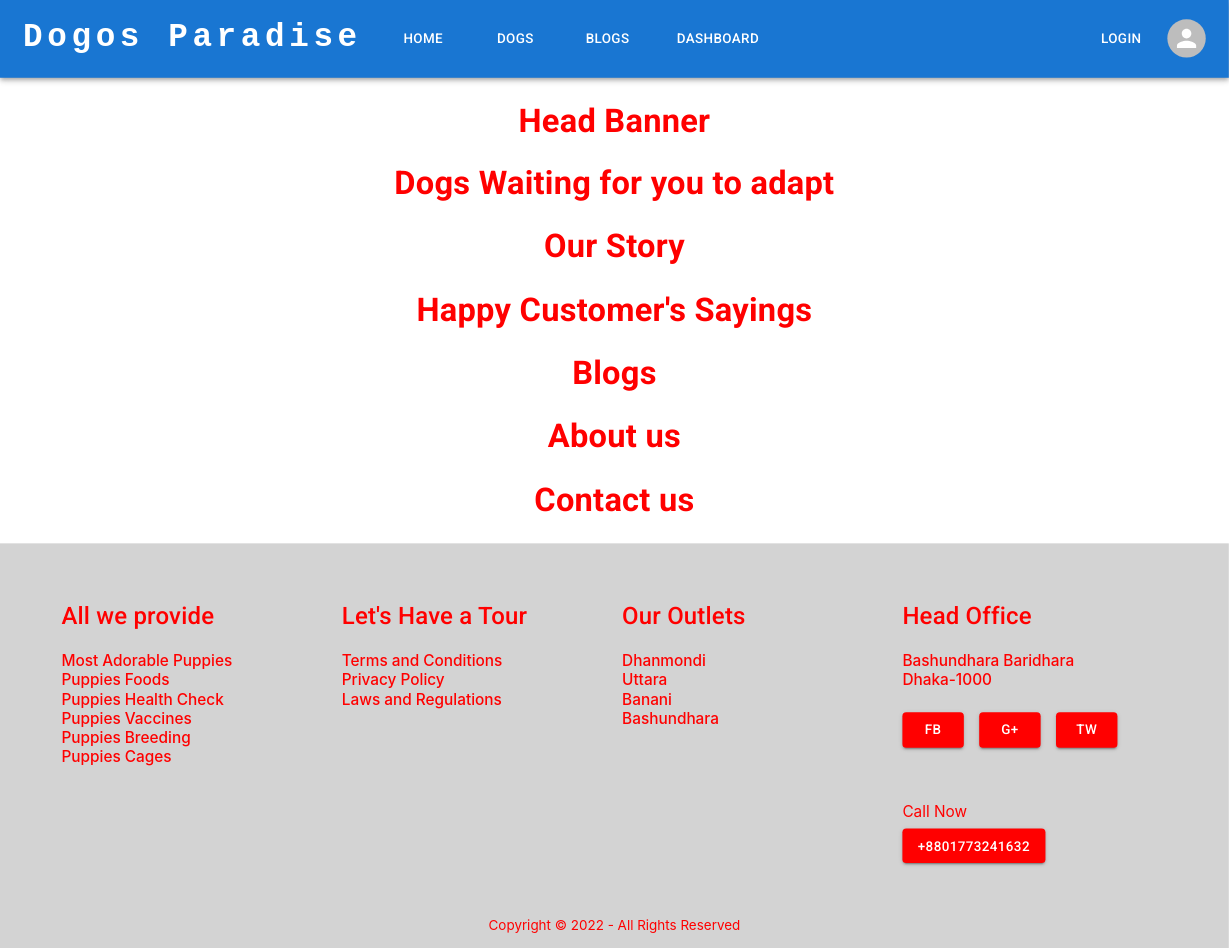
Repository: Sharif-00112/dogos-paradise-client
Page: /
An editor plug-in stored every save of this project. The page is shown before and after the next save, followed by the edit.
The browser window is 1280 px wide. The pictures show the whole page, at 96% of full size.
The project was rebuilt for these pictures with package versions that can differ from the ones it lists, and the page was loaded fresh each time. Also part of the build but not shown: src/Pages/Login/Login/Login.js, src/Pages/Login/Register/Register.js, src/Pages/NotFound/NotFound.js.

Above is the page before, as saved 2022-12-01 22:53:41.

### public/index.html
<!DOCTYPE html>
<html lang="en">
  <head>
    <meta charset="utf-8" />
    <link rel="icon" href="%PUBLIC_URL%/favicon.ico" />
    <meta name="viewport" content="width=device-width, initial-scale=1" />
    <meta name="theme-color" content="#000000" />
    <meta
      name="description"
      content="Web site created using create-react-app"
    />
    <link
      rel="stylesheet" href="https://fonts.googleapis.com/css?family=Roboto:300,400,500,700&display=swap"
    />

    <link rel="apple-touch-icon" href="%PUBLIC_URL%/logo192.png" />
    <!--
      manifest.json provides metadata used when your web app is installed on a
      user's mobile device or desktop. See https://developers.google.com/web/fundamentals/web-app-manifest/
    -->
    <link rel="manifest" href="%PUBLIC_URL%/manifest.json" />
    <!--
      Notice the use of %PUBLIC_URL% in the tags above.
      It will be replaced with the URL of the `public` folder during the build.
      Only files inside the `public` folder can be referenced from the HTML.

      Unlike "/favicon.ico" or "favicon.ico", "%PUBLIC_URL%/favicon.ico" will
      work correctly both with client-side routing and a non-root public URL.
      Learn how to configure a non-root public URL by running `npm run build`.
    -->
    <title>React App</title>
  </head>
  <body>
    <noscript>You need to enable JavaScript to run this app.</noscript>
    <div id="root"></div>
    <!--
      This HTML file is a template.
      If you open it directly in the browser, you will see an empty page.

      You can add webfonts, meta tags, or analytics to this file.
      The build step will place the bundled scripts into the <body> tag.

      To begin the development, run `npm start` or `yarn start`.
      To create a production bundle, use `npm run build` or `yarn build`.
    -->
  </body>
</html>

### src/App.js
import React  from 'react';
import './App.css';
import { BrowserRouter as Router, Route, Routes} from 'react-router-dom';
import Home from './Pages/Home/Home/Home';
import Login from './Pages/Login/Login/Login';
import Register from './Pages/Login/Register/Register';
import AuthProvider from './contexts/AuthProvider/AuthProvider';
// import PrivateRoute from './Pages/Login/PrivateRoute/PrivateRoute';
import NotFound from './Pages/NotFound/NotFound';
import Contact from './Pages/Home/Contact/Contact';
import Story from './Pages/Home/Story/Story';
import CustomerReviews from './Pages/Home/CustomerReviews/CustomerReviews';
import Blogs from './Pages/Home/Blogs/Blogs';
import About from './Pages/Home/About/About';
import Dogs from './Pages/Home/Dogs/Dogs';
// import Footer from './Pages/Shared/Footer/Footer';
// import Dashboard from './Pages/Dashboard/Dashboard/Dashboard';

function App() {
  return (
    <div className="App">
      <AuthProvider>
        <Router>
          <Routes>
            <Route exact path = '/' element={<Home/>}/>
            <Route exact path = '/home' element={<Home/>}/>
            <Route exact path = '/login' element={<Login/>}/>
            <Route exact path = '/register' element={<Register/>}/>
            <Route exact path = '/contact' element={<Contact/>}/>
            <Route exact path = '/dogs' element={<Dogs/>}/>
            <Route exact path = '/story' element={<Story/>}/>
            <Route exact path = '/reviews' element={<CustomerReviews/>}/>
            <Route exact path = '/blogs' element={<Blogs/>}/>
            <Route exact path = '/about' element={<About/>}/>
            {/* <Route exact path = '/appointment' element = {
              <PrivateRoute>
                <Appointment></Appointment>
              </PrivateRoute>
            }> </Route> */}
            {/* <Route path = 'dashboard/*' element = {
              <PrivateRoute>
                <Dashboard></Dashboard>
              </PrivateRoute>
            }> </Route> */}
            <Route path = '*' element={<NotFound/>}/>
          </Routes>
          {/* <Footer></Footer> */}
        </Router>
      </AuthProvider>
    </div>
  );
}

export default App;

### src/Pages/Home/Home/Home.js
import React from 'react';
import Footer from '../../Shared/Footer/Footer';
import Navigation from '../../Shared/Navigation/Navigation';
import About from '../About/About';
import Banner from '../Banner/Banner';
import Blogs from '../Blogs/Blogs';
import Contact from '../Contact/Contact';
import CustomerReviews from '../CustomerReviews/CustomerReviews';
import Dogs from '../Dogs/Dogs';
import Story from '../Story/Story';

const Home = () => {
    return (
        <div>
            <Navigation></Navigation>
            <Banner></Banner>
            <Dogs></Dogs>
            <Story></Story>
            <CustomerReviews></CustomerReviews>
            <Blogs></Blogs>
            <About></About>
            <Contact></Contact>
            <Footer></Footer>
        </div>
    );
};

export default Home;

### src/contexts/AuthProvider/AuthProvider.js
import React from 'react';
import { createContext } from 'react';
import useFirebase from '../../hooks/useFirebase';

//step-1-context
export const AuthContext = createContext();

const AuthProvider = (props) => {
    //step-3-context
    const {children} = props;

    //step-5-context
    const allContexts = useFirebase();

    return (
        //step-2-context
        <AuthContext.Provider value={allContexts}>
            {children}
        </AuthContext.Provider>
    );
};

export default AuthProvider;

### src/Pages/Home/Contact/Contact.js
import React from 'react';
import { Typography } from '@mui/material';

const Contact = () => {
    return (
        <div>
            <Typography sx={{ m: 3, color: 'red', fontWeight: 600 }} variant="h4" component="div">
                Contact us
            </Typography>
        </div>
    );
};

export default Contact;

### src/Pages/Home/Story/Story.js
import React from 'react';
import { Typography } from '@mui/material';


const Story = () => {
    return (
        <div>
            <Typography sx={{ m: 3, color: 'red', fontWeight: 600 }} variant="h4" component="div">
                Our Story
            </Typography>
        </div>
    );
};

export default Story;

### src/Pages/Home/CustomerReviews/CustomerReviews.js
import React from 'react';
import { Typography } from '@mui/material';


const CustomerReviews = () => {
    return (
        <div>
            <Typography sx={{ m: 3, color: 'red', fontWeight: 600 }} variant="h4" component="div">
                Happy Customer's Sayings
            </Typography>
        </div>
    );
};

export default CustomerReviews;

### src/Pages/Home/Blogs/Blogs.js
import React from 'react';
import { Typography } from '@mui/material';


const Blogs = () => {
    return (
        <div>
            <Typography sx={{ m: 3, color: 'red', fontWeight: 600 }} variant="h4" component="div">
                Blogs
            </Typography>
        </div>
    );
};

export default Blogs;

### src/Pages/Home/About/About.js
import React from 'react';
import { Typography } from '@mui/material';

const About = () => {
    return (
        <div>
            <Typography sx={{ m: 3, color: 'red', fontWeight: 600 }} variant="h4" component="div">
                About us
            </Typography>
        </div>
    );
};

export default About;

### src/Pages/Home/Dogs/Dogs.js
import React from 'react';
import { Typography } from '@mui/material';

const Dogs = () => {
    return (
        <div>
            <Typography sx={{ m: 3, color: 'red', fontWeight: 600 }} variant="h4" component="div">
                Dogs Waiting for you to adapt
            </Typography>
        </div>
    );
};

export default Dogs;

### src/Pages/Shared/Navigation/Navigation.js
import React from 'react';
import AppBar from '@mui/material/AppBar';
import Box from '@mui/material/Box';
import Toolbar from '@mui/material/Toolbar';
import IconButton from '@mui/material/IconButton';
import Typography from '@mui/material/Typography';
import Menu from '@mui/material/Menu';
import MenuIcon from '@mui/icons-material/Menu';
import Container from '@mui/material/Container';
import Avatar from '@mui/material/Avatar';
import Button from '@mui/material/Button';
import Tooltip from '@mui/material/Tooltip';
import MenuItem from '@mui/material/MenuItem';
import { Link, NavLink } from 'react-router-dom';
import useAuth from '../../../hooks/useAuth';

const pages = [
    <Link
        style={{ textDecoration:'none', color:'white' }}
        to = '/home'>
        <Button sx={{mx:1}} color="inherit">Home</Button>
    </Link>,
    <Link
        style={{ textDecoration:'none', color:'white' }}
        to = '/dogs'>
        <Button sx={{mx:1}} color="inherit">Dogs</Button>
    </Link>,
    <Link
        style={{ textDecoration:'none', color:'white' }}
        to = '/blogs'>
        <Button sx={{mx:1}} color="inherit">Blogs</Button>
    </Link>,
    // <Link
    //     style={{ textDecoration:'none', color:'white' }}
    //     to = '/about'>
    //     <Button sx={{mx:1}} color="inherit">About</Button>
    // </Link>,
    // <Link
    //     style={{ textDecoration:'none', color:'white' }}
    //     to = '/contact'>
    //     <Button sx={{mx:1}} color="inherit">Contact</Button>
    // </Link>,
    <Link
        style={{ textDecoration:'none', color:'white' }}
        to = '/dashboard'>
        <Button sx={{mx:1}} color="inherit">Dashboard</Button>
    </Link>,
];
const settings = [
    <Link
        // style={{ textDecoration:'none', color:'white' }}
        style={{ textDecoration:'none' }}
        to = '/login'>
        {/* <Button color="inherit">Appointment</Button> */}
        Profile
    </Link>,
    <Link
        // style={{ textDecoration:'none', color:'white' }}
        style={{ textDecoration:'none' }}
        to = '/dashboard'>
        {/* <Button color="inherit">Appointment</Button> */}
        Dashboard
    </Link>
];

const Navigation = () => {
    const { user, logout } = useAuth();

    const [anchorElNav, setAnchorElNav] = React.useState(null);
    const [anchorElUser, setAnchorElUser] = React.useState(null);

    const handleOpenNavMenu = (event) => {
      setAnchorElNav(event.currentTarget);
    };
    const handleOpenUserMenu = (event) => {
      setAnchorElUser(event.currentTarget);
    };

    const handleCloseNavMenu = () => {
      setAnchorElNav(null);
    };

    const handleCloseUserMenu = () => {
      setAnchorElUser(null);
    };

    return (
        <div>
            <AppBar position="static">
                <Container maxWidth="xl">
                    <Toolbar disableGutters>
                    {/* <AdbIcon sx={{ display: { xs: 'none', md: 'flex' }, mr: 1 }} /> */}
                    <Typography
                        variant="h4"
                        noWrap
                        component="a"
                        href="/"
                        sx={{
                        mr: 2,
                        display: { xs: 'none', md: 'flex' },
                        fontFamily: 'monospace',
                        fontWeight: 700,
                        letterSpacing: '.3rem',
                        color: 'inherit',
                        textDecoration: 'none',
                        }}
                    >
                        Dogos Paradise
                    </Typography>

                    <Box sx={{ flexGrow: 1, display: { xs: 'flex', md: 'none' } }}>
                        <IconButton
                        size="large"
                        aria-label="account of current user"
                        aria-controls="menu-appbar"
                        aria-haspopup="true"
                        onClick={handleOpenNavMenu}
                        color="inherit"
                        >
                        <MenuIcon />
                        </IconButton>
                        <Menu
                        id="menu-appbar"
                        anchorEl={anchorElNav}
                        anchorOrigin={{
                            vertical: 'bottom',
                            horizontal: 'left',
                        }}
                        keepMounted
                        transformOrigin={{
                            vertical: 'top',
                            horizontal: 'left',
                        }}
                        open={Boolean(anchorElNav)}
                        onClose={handleCloseNavMenu}
                        sx={{
                            display: { xs: 'block', md: 'none' }
                        }}
                        >
                        {pages.map((page) => (
                            <MenuItem style={{backgroundColor: 'gray'}} key={page} onClick={handleCloseNavMenu}>
                            <Typography textAlign="center">{page}</Typography>
                            </MenuItem>
                        ))}
                        </Menu>
                    </Box>
                    {/* <AdbIcon sx={{ display: { xs: 'flex', md: 'none' }, mr: 1 }} /> */}
                    <Typography
                        variant="h4"
                        noWrap
                        component="a"s
                        href="/"
                        sx={{
                        mr: 2,
                        display: { xs: 'flex', md: 'none' },
                        flexGrow: 1,
                        fontFamily: 'monospace',
                        fontWeight: 700,
                        letterSpacing: '.3rem',
                        color: 'inherit',
                        textDecoration: 'none',
                        }}
                    >
                        Dogos Paradise
                    </Typography>
                    <Box sx={{ flexGrow: 1, display: { xs: 'none', md: 'flex', color:'gray' } }}>
                        {pages.map((page) => (
                        <Button
                            key={page}
                            onClick={handleCloseNavMenu}
                            sx={{ my: 2, color: 'white', display: 'block' }}
                        >
                            {page}
                        </Button>
                        ))}
                    </Box>

                    {
                        user?.email ?
                        <NavLink
                            style={{ textDecoration:'none', color:'white' }}
                            to = '/login'>
                            <Button sx={{ mx:2 }} onClick={logout} color="inherit">Logout</Button>
                        </NavLink>
                        :
                        <NavLink
                            style={{ textDecoration:'none', color:'white' }}
                            to = '/login'>
                            <Button sx={{ mx:2 }} color="inherit">Login</Button>
                        </NavLink>
                    }

                    <Box sx={{ flexGrow: 0 }}>
                        <Tooltip title={user.email}>
                        <IconButton onClick={handleOpenUserMenu} sx={{ p: 0 }}>
                            <Avatar alt={user.email} src={user.photoURL} />
                        </IconButton>
                        </Tooltip>
                        <Menu
                        sx={{ mt: '45px' }}
                        id="menu-appbar"
                        anchorEl={anchorElUser}
                        anchorOrigin={{
                            vertical: 'top',
                            horizontal: 'right',
                        }}
                        keepMounted
                        transformOrigin={{
                            vertical: 'top',
                            horizontal: 'right',
                        }}
                        open={Boolean(anchorElUser)}
                        onClose={handleCloseUserMenu}
                        >
                        {settings.map((setting) => (
                            <MenuItem key={setting} onClick={handleCloseUserMenu}>
                            <Typography textAlign="center">{setting}</Typography>
                            </MenuItem>
                        ))}
                        </Menu>
                    </Box>
                    </Toolbar>
                </Container>
            </AppBar>
        </div>
    );
};

export default Navigation;

### src/Pages/Home/Banner/Banner.js
import React from 'react';
import { Typography } from '@mui/material';

const Banner = () => {
    return (
        <div>
            <Typography sx={{ m: 3, color: 'red', fontWeight: 600 }} variant="h4" component="div">
                Head Banner
            </Typography>
        </div>
    );
};

export default Banner;

### src/hooks/useAuth.js
//step-6-context

import { useContext } from "react"
import { AuthContext } from "../../src/contexts/AuthProvider/AuthProvider"

const useAuth = () =>{
    return useContext(AuthContext);
}

export default useAuth;

### src/Pages/Login/Firebase/firebase.initialize.js
import { initializeApp } from "firebase/app";
import firebaseConfig from "./firebase.config";

const initializeAuthentication = () =>{
    initializeApp(firebaseConfig);
}

export default initializeAuthentication;

### src/Pages/Login/Firebase/firebase.config.js
// console.log(process.env);

const firebaseConfig = {
  apiKey: process.env.REACT_APP_FIREBASE_API_KEY,
  authDomain: process.env.REACT_APP_FIREBASE_AUTH_DOMAIN,
  projectId: process.env.REACT_APP_FIREBASE_PROJECT_ID,
  storageBucket: process.env.REACT_APP_FIREBASE_STORAGE_BUCKET,
  messagingSenderId: process.env.REACT_APP_FIREBASE_MESSAGING_SENDER_ID,
  appId: process.env.REACT_APP_FIREBASE_APP_ID,
  measurementId: process.env.REACT_APP_FIREBASE_MEASUREMENT_ID
};

export default firebaseConfig;

// .env.local
// REACT_APP_FIREBASE_API_KEY=AIzaSyCGaQ8G2l5KeOKX4bAJ7MC19oWW_2vnTNQ
// REACT_APP_FIREBASE_AUTH_DOMAIN=dogos-paradise.firebaseapp.com
// REACT_APP_FIREBASE_PROJECT_ID=dogos-paradise
// REACT_APP_FIREBASE_STORAGE_BUCKET=dogos-paradise.appspot.com
// REACT_APP_FIREBASE_MESSAGING_SENDER_ID=824394057307
// REACT_APP_FIREBASE_APP_ID=1:824394057307:web:727ac0c86627b9544a617e
// REACT_APP_FIREBASE_MEASUREMENT_ID=G-DL8JJ6MYSD

// const firebaseConfig = {
  // apiKey: "AIzaSyCGaQ8G2l5KeOKX4bAJ7MC19oWW_2vnTNQ",
  // authDomain: "dogos-paradise.firebaseapp.com",
  // projectId: "dogos-paradise",
  // storageBucket: "dogos-paradise.appspot.com",
  // messagingSenderId: "824394057307",
  // appId: "1:824394057307:web:727ac0c86627b9544a617e",
  // measurementId: "G-DL8JJ6MYSD"
// };

Loaded but not shown: src/index.js (common file); src/index.css (common file); src/reportWebVitals.js (common file); src/App.css (common file); src/hooks/useFirebase.js (273 lines, source omitted); src/Pages/Shared/Footer/Footer.js (150 lines, source omitted)

After the next save:
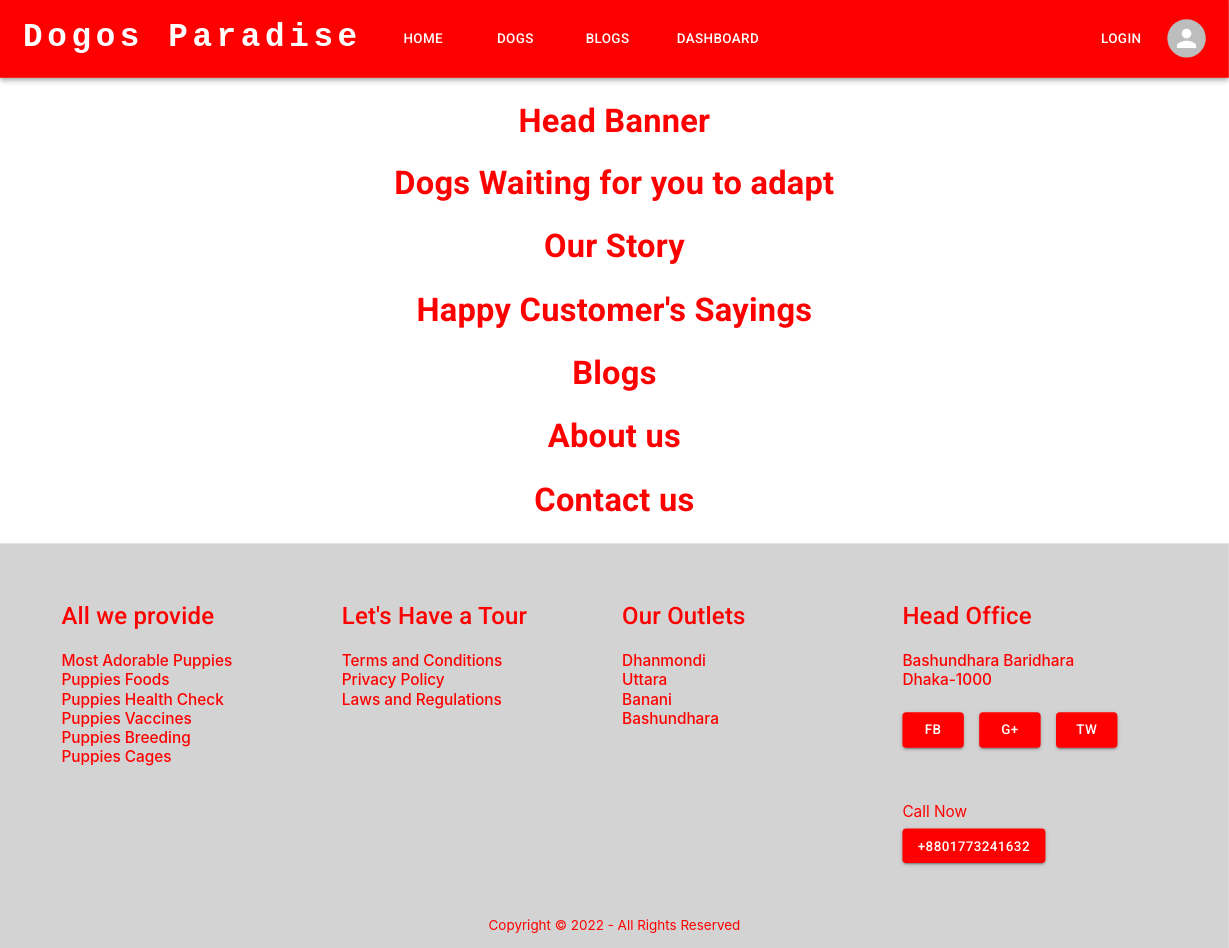
Saved 2 min 58 s later.
--- a/src/Pages/Shared/Navigation/Navigation.js
+++ b/src/Pages/Shared/Navigation/Navigation.js
@@ -86,7 +86,7 @@
 
     return (
         <div>
-            <AppBar position="static">
+            <AppBar style={{backgroundColor: 'red'}} position="static">
                 <Container maxWidth="xl">
                     <Toolbar disableGutters>
                     {/* <AdbIcon sx={{ display: { xs: 'none', md: 'flex' }, mr: 1 }} /> */}

After the save that followed:
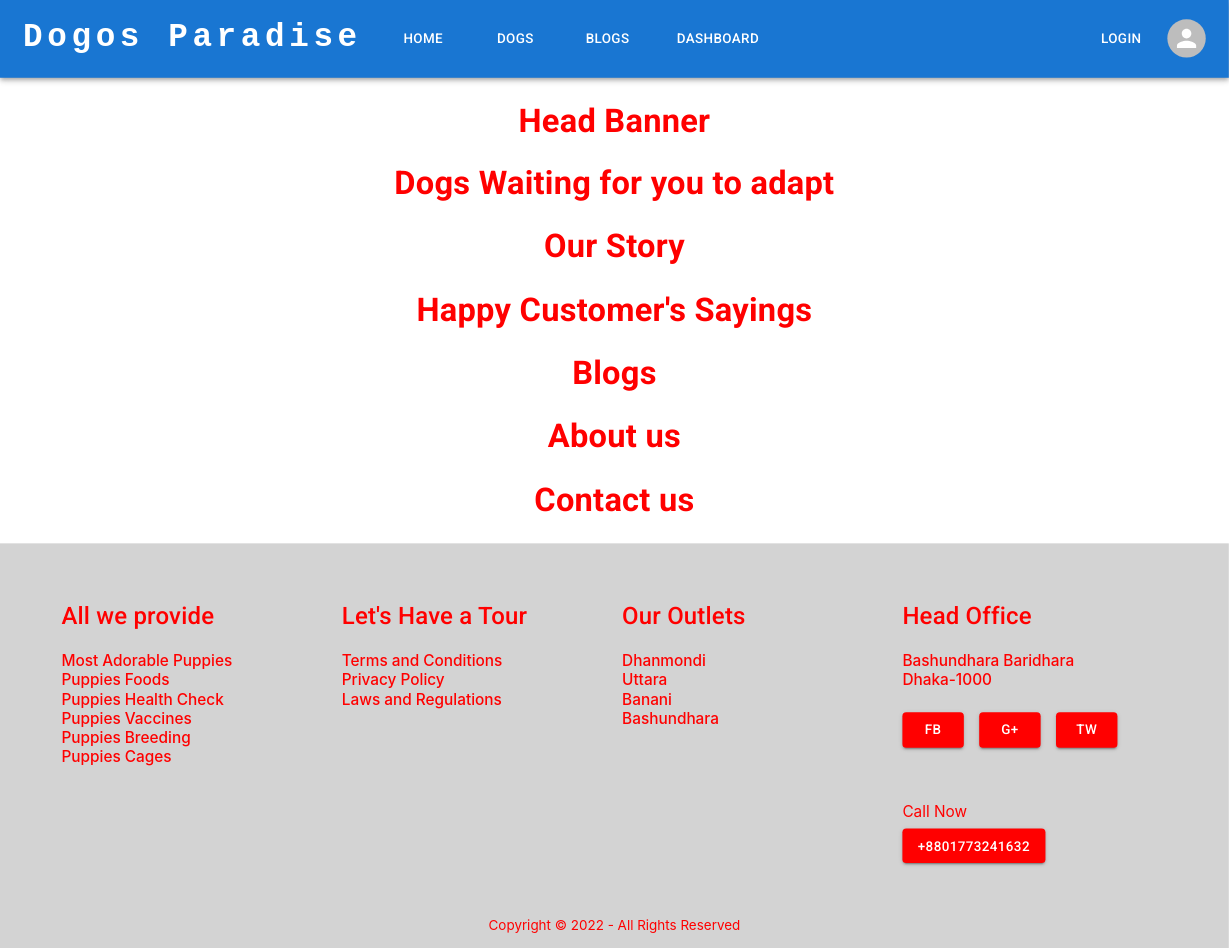
Saved 38 s later.
--- a/src/Pages/Shared/Navigation/Navigation.js
+++ b/src/Pages/Shared/Navigation/Navigation.js
@@ -86,7 +86,7 @@
 
     return (
         <div>
-            <AppBar style={{backgroundColor: 'red'}} position="static">
+            <AppBar style={{backgroundColor: 'palette.error.light'}} position="static">
                 <Container maxWidth="xl">
                     <Toolbar disableGutters>
                     {/* <AdbIcon sx={{ display: { xs: 'none', md: 'flex' }, mr: 1 }} /> */}
